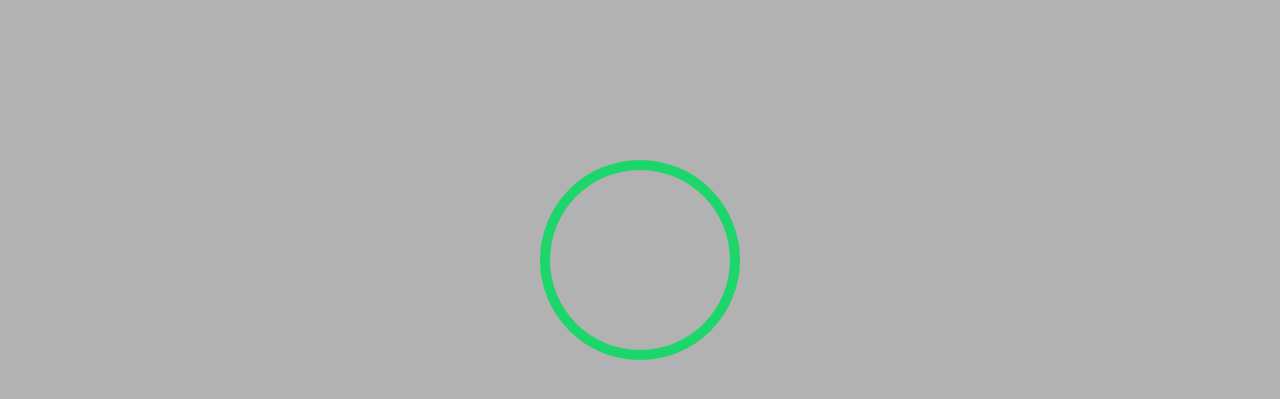
Repository: gyypwrs/css-practice
Page: adsorbed-circle/index.html
The author's editor kept a copy of each file at every save. The page is drawn from the files as they stood at one save, then again after the next save.
The browser window is 1280 px wide. The pictures show the whole page.

Above is the page before, as saved 2022-05-13 16:10:11.

After the next save:
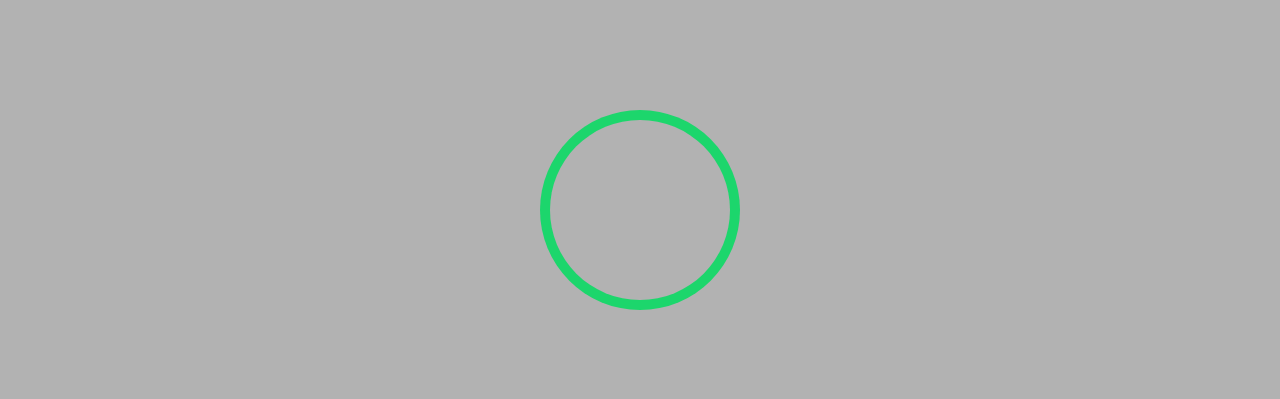
Saved 16 s later.
--- a/adsorbed-circle/index.html
+++ b/adsorbed-circle/index.html
@@ -4,7 +4,7 @@
  * @Author: Hongyu
  * @Date: 2022-05-13 15:49:25
  * @LastEditors: Hongyu
- * @LastEditTime: 2022-05-13 16:09:21
+ * @LastEditTime: 2022-05-13 16:10:27
 -->
 <!DOCTYPE html>
 <html lang="zh-CN">
@@ -45,11 +45,11 @@
     resizeCanvas()
     function drawRing() {
       ctx.beginPath()
-      ctx.arc(width/2, height/2-100, 100, 0 ,2*Math.PI)
+      ctx.arc(width/2, height/2-150, 100, 0 ,2*Math.PI)
       ctx.fillStyle="#1cd66c"
       ctx.fill()
       ctx.beginPath()
-      ctx.arc(width/2, height/2-100, 90, 0 ,2*Math.PI)
+      ctx.arc(width/2, height/2-150, 90, 0 ,2*Math.PI)
       ctx.fillStyle="#b2b2b2"
       ctx.fill()
       // ctx.stroke()
